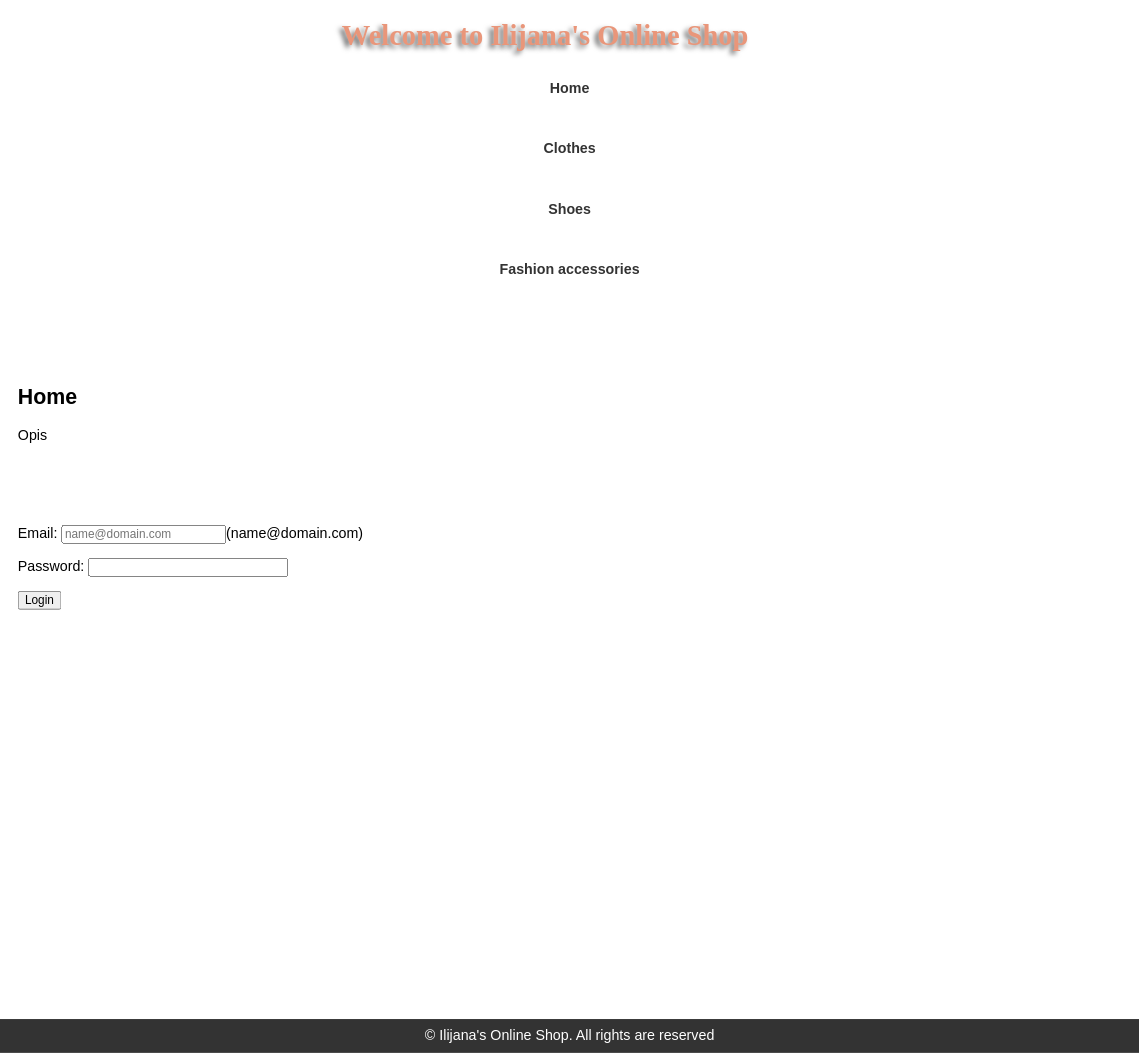
Repository: ilijana123/Proekt1
Page: html.html
The author's editor kept a copy of each file at every save. The page is drawn from the files as they stood at one save, then again after the next save.
The browser window is 1280 px wide. The pictures show the whole page, at 89% of full size.

Above is the page before, as saved 2023-11-12 23:26:45.

### html.html
<!DOCTYPE html>
<html>
    <head>
    <meta charset="utf-8">
    <title>Online shop</title>
    <link rel="stylesheet" type="text/css" href="1.css">
    <script src="script.js"></script>
    </head>
    <body>
    <header>
       <h1>Welcome to Ilijana's Online Shop</h1>
    </header>
       <nav>
            <ul>
                <li><a href="#home">Home</a></li>
                <li><a href="#category1">Clothes</a></li>
                <li><a href="#category2">Shoes</a></li>
                <li><a href="#category3">Fashion accessories</a></li>
            </ul>
       </nav>
       <section id="home">
            <h2>Home</h2>
            <p>Opis</p>
        </section>
        <section id="contact">
            <form method="post" autocomplete="on">
                <p><label>Email:
                    <input type="email" id="email"
                        placeholder="name@domain.com"/>(name@domain.com)
                </label></p>
                <p><label>Password:
                    <input type="password" id="password" size="25"
                        placeholder=""/>
                </label></p>
                <button onclick="btnClicked()">Login</button>
            </form>
       </section>
       <section id="category1"></section>
       <section id="category2"></section>
       <section id="category3"></section>
       <section id="instagram">
      </section>
      <section id="survey">
      </section>
      <section id="questionnaire">
      </section>
      <section id="contact">
      </section>
       <footer> &copy; Ilijana's Online Shop. All rights are reserved</footer>
    </body>
</html>

### 1.css
h1  {
     font-family: fantasy;
        color:darksalmon;
        text-shadow: -4px 4px 6px dimgrey;
        position:relative;
        margin-left: 30%;
    }
    body {
        margin: 0;
        padding: 0;
        font-family: Arial, sans-serif;
    }

    nav {
        background-color:aliceblue
        color: white;
        padding: 10px;
        text-align: center;
    }
    nav ul {
        list-style-type: none;
        margin: 0;
        padding: 0;
        display: flex;
        flex-direction: column; /* Set the direction to column */
    }

    nav ul li {
        display: block; /* Set the display property to block */
        margin-bottom: 50px; /* Add some spacing between items */
    }
    section {
        padding: 20px;
        margin: 20px 0;
    }
    nav a {
        text-decoration: none;
        color: #333;
        font-weight: bold;
    }
    nav a:hover {
        color: #555;
    }

    footer {
        background-color: #333;
        color: white;
        text-align: center;
        padding: 10px;
    }

### script.js
function btnClicked()
{
    document.location.href="html1.html";
}

After the next save:
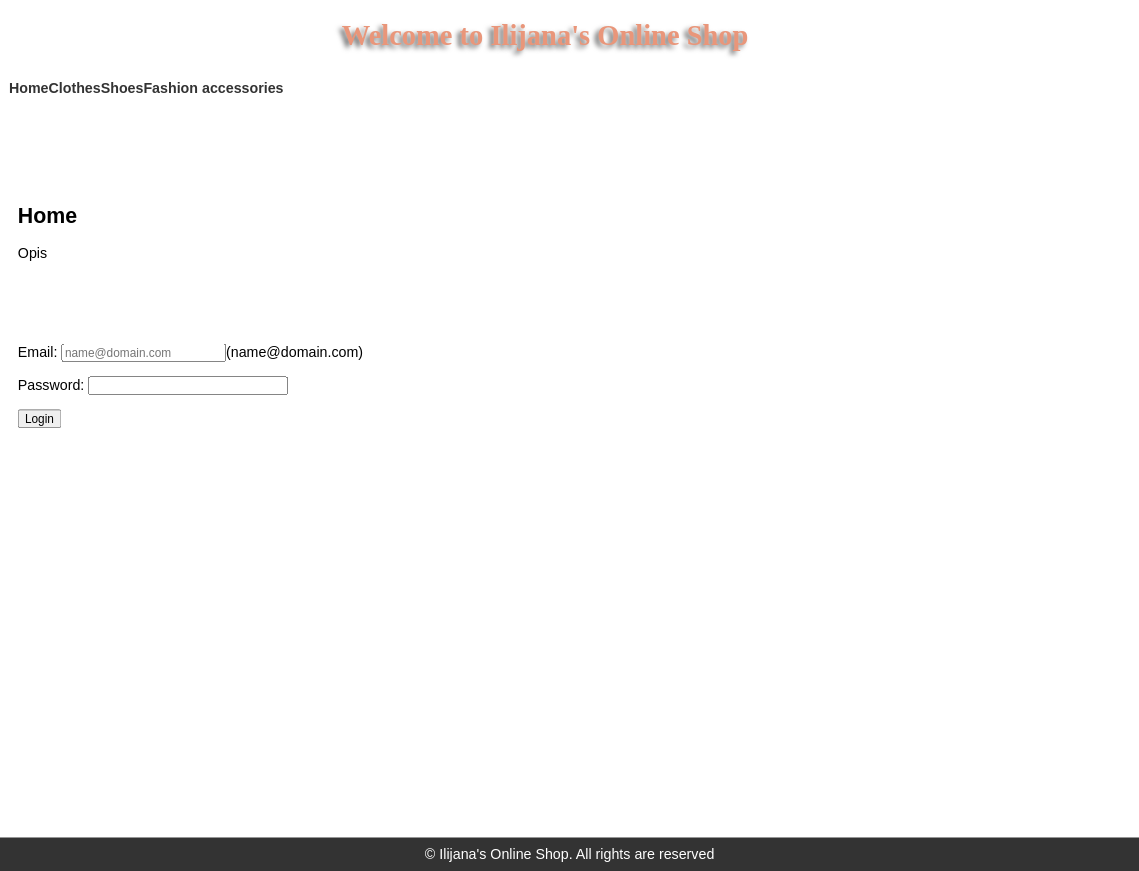
Saved 95 s later.
--- a/1.css
+++ b/1.css
@@ -22,7 +22,7 @@ h1  {
         margin: 0;
         padding: 0;
         display: flex;
-        flex-direction: column; /* Set the direction to column */
+        flex-direction: row; /* Set the direction to column */
     }
 
     nav ul li {
